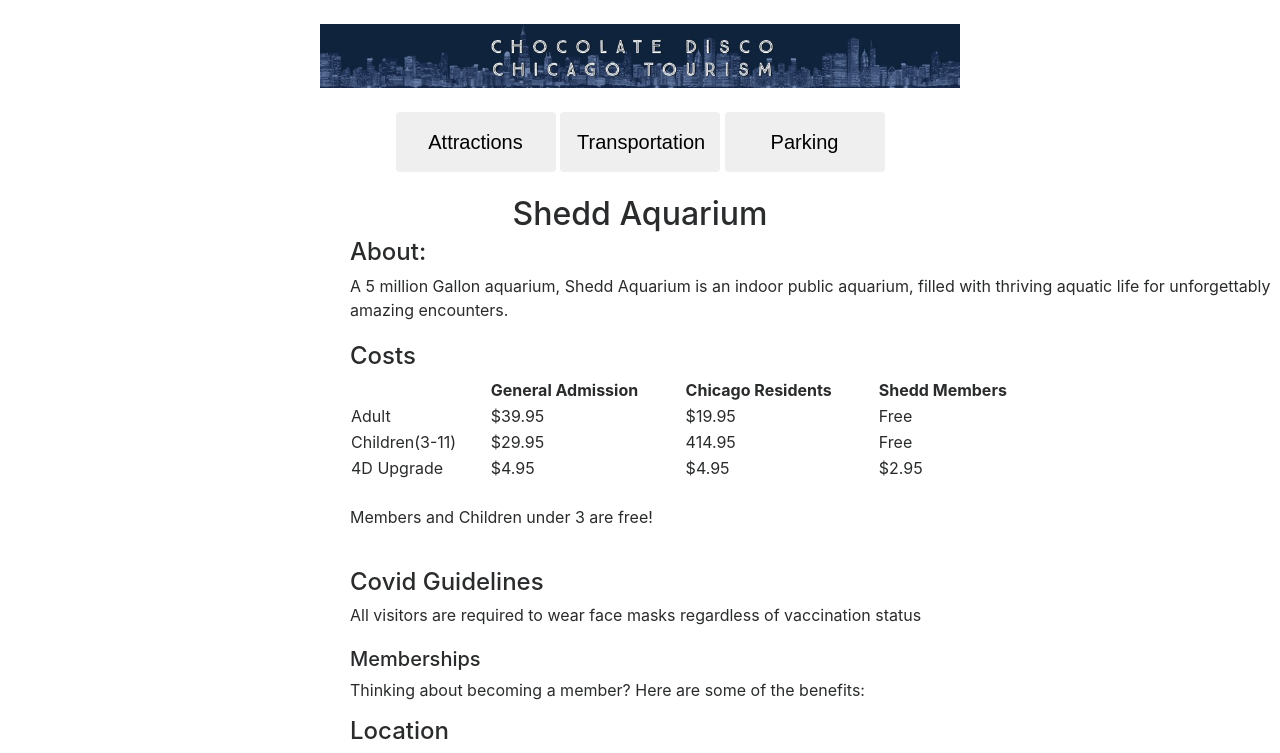
Repository: rkodit2/cs422project
Page: sheddAquarium.html
These files come from the project's save history. The page is drawn as it stood at one moment and after the next save; the edit follows.
The browser window is 1280 px wide. The pictures show the part of the page from y = 0 to 753 px (the page is 1253 px tall before and 1365 px after).
Pictures or frames that could not be fetched are drawn as grey boxes.

Above is the page before, as saved 2021-11-03 19:48:19.

After the next save:
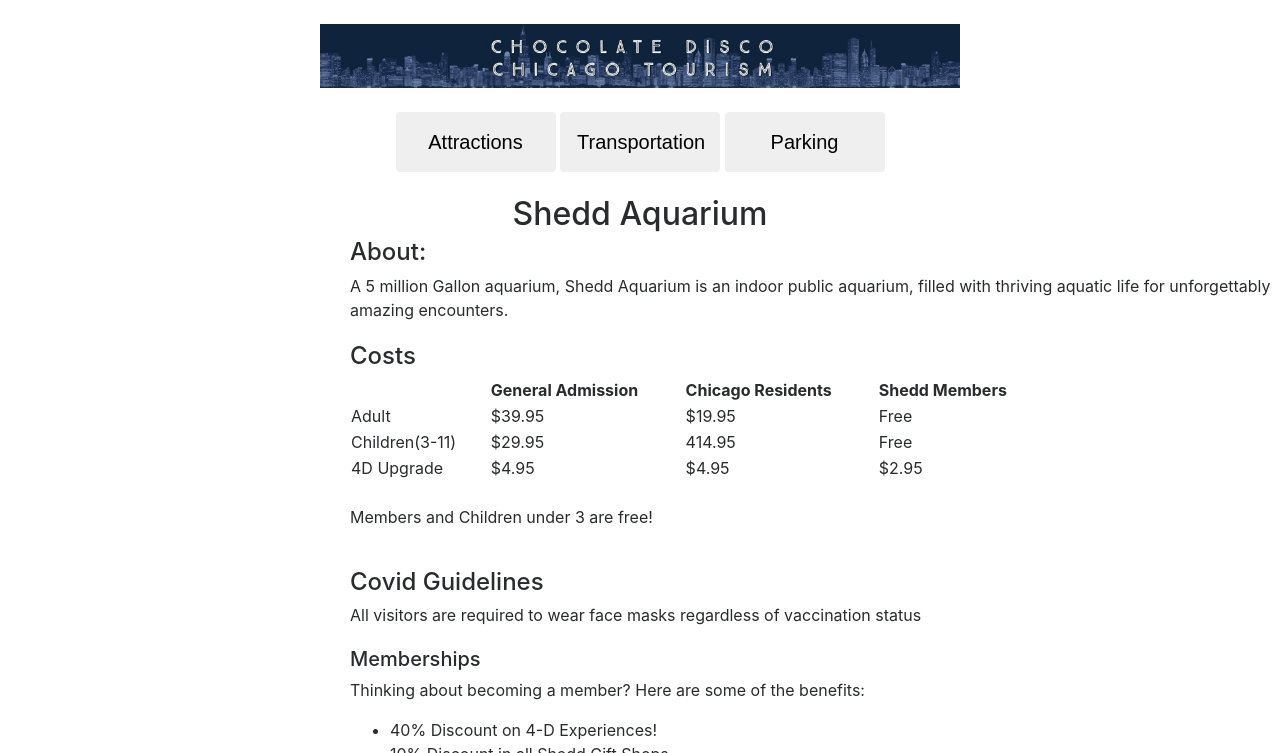
Saved 24 s later.
--- a/sheddAquarium.html
+++ b/sheddAquarium.html
@@ -69,6 +69,12 @@
 
         <h5>Memberships</h5>
         <p>Thinking about becoming a member? Here are some of the benefits: </p>
+        <ul>
+            <li>40% Discount on 4-D Experiences!</li>
+            <li>10% Discount in all Shedd Gift Shops</li>
+            <li>10% Discount at all Shedd Restaurants</li>
+            <li>10% Discount Shedd Aquarium's online store!</li>
+          </ul>
 
 
         <h4>Location</h4>
